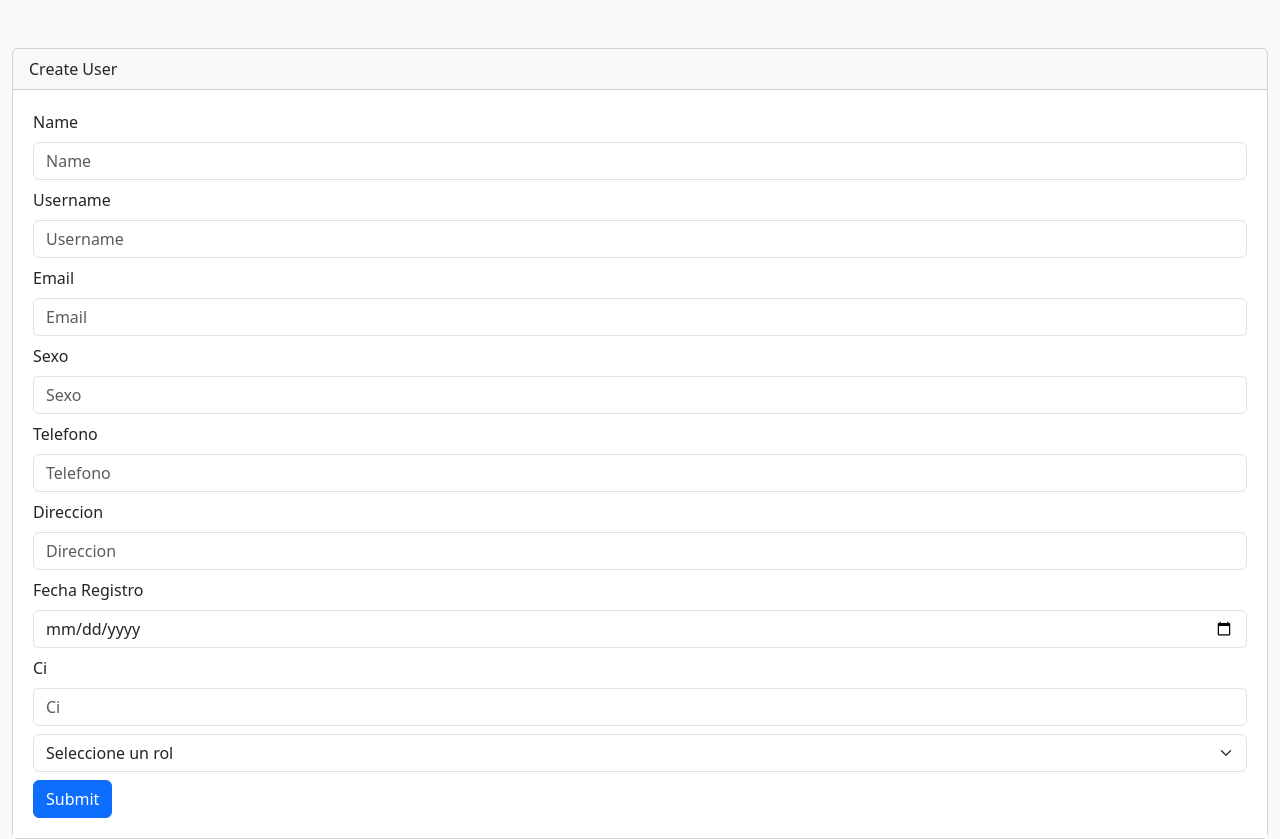
Repository: iAngie28/autoescuela-unido
Page: http://localhost/users/create
The author's editor kept a copy of each file at every save. The page is drawn from the files as they stood at one save, then again after the next save.
The browser window is 1280 px wide. The pictures show the whole page.
The page is served by the project's Laravel application, run on PHP 8.4 with Laravel 12. Queries for data that is not in the repository find no rows.

Above is the page before, as saved 2025-05-07 03:30:44.

After the next save:
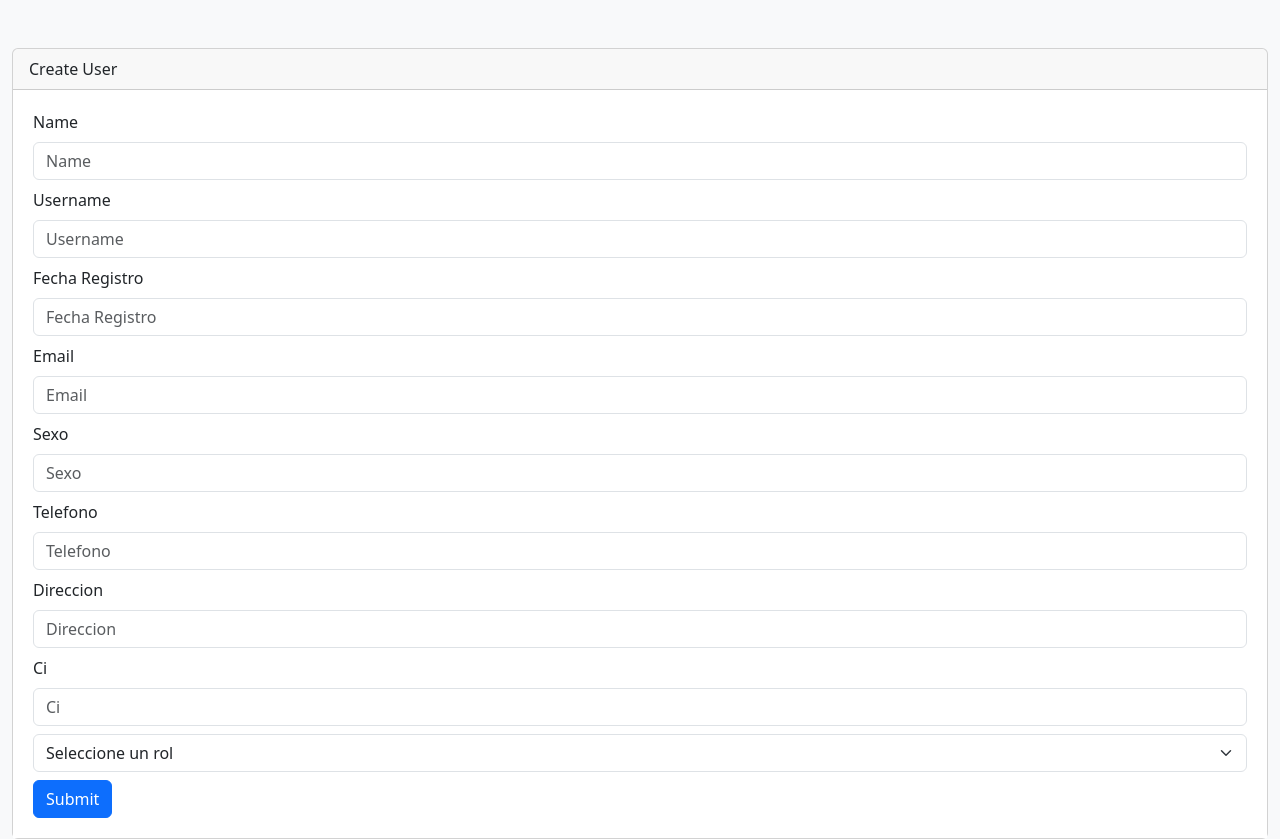
Saved 99 s later.
--- a/resources/views/user/form.blade.php
+++ b/resources/views/user/form.blade.php
@@ -10,6 +10,11 @@
             <label for="username" class="form-label">{{ __('Username') }}</label>
             <input type="text" name="username" class="form-control @error('username') is-invalid @enderror" value="{{ old('username', $user?->username) }}" id="username" placeholder="Username">
             {!! $errors->first('username', '<div class="invalid-feedback" role="alert"><strong>:message</strong></div>') !!}
+        </div>
+        <div class="form-group mb-2 mb20">
+            <label for="fecha_registro" class="form-label">{{ __('Fecha Registro') }}</label>
+            <input type="text" name="fecha_registro" class="form-control @error('fecha_registro') is-invalid @enderror" value="{{ old('fecha_registro', $user?->password) }}" id="fecha_registro" placeholder="Fecha Registro">
+            {!! $errors->first('fecha_registro', '<div class="invalid-feedback" role="alert"><strong>:message</strong></div>') !!}
         </div>
         <div class="form-group mb-2 mb20">
             <label for="email" class="form-label">{{ __('Email') }}</label>
@@ -31,11 +36,7 @@
             <input type="text" name="direccion" class="form-control @error('direccion') is-invalid @enderror" value="{{ old('direccion', $user?->direccion) }}" id="direccion" placeholder="Direccion">
             {!! $errors->first('direccion', '<div class="invalid-feedback" role="alert"><strong>:message</strong></div>') !!}
         </div>
-        <div class="form-group mb-2 mb20">
-            <label for="fecha_registro" class="form-label">{{ __('Fecha Registro') }}</label>
-            <input type="date" name="fecha_registro" class="form-control @error('fecha_registro') is-invalid @enderror" value="{{ old('fecha_registro', $user?->fecha_registro) }}" id="fecha_registro" placeholder="Fecha Registro">
-            {!! $errors->first('fecha_registro', '<div class="invalid-feedback" role="alert"><strong>:message</strong></div>') !!}
-        </div>
+
         <div class="form-group mb-2 mb20">
             <label for="ci" class="form-label">{{ __('Ci') }}</label>
             <input type="text" name="ci" class="form-control @error('ci') is-invalid @enderror" value="{{ old('ci', $user?->ci) }}" id="ci" placeholder="Ci">
